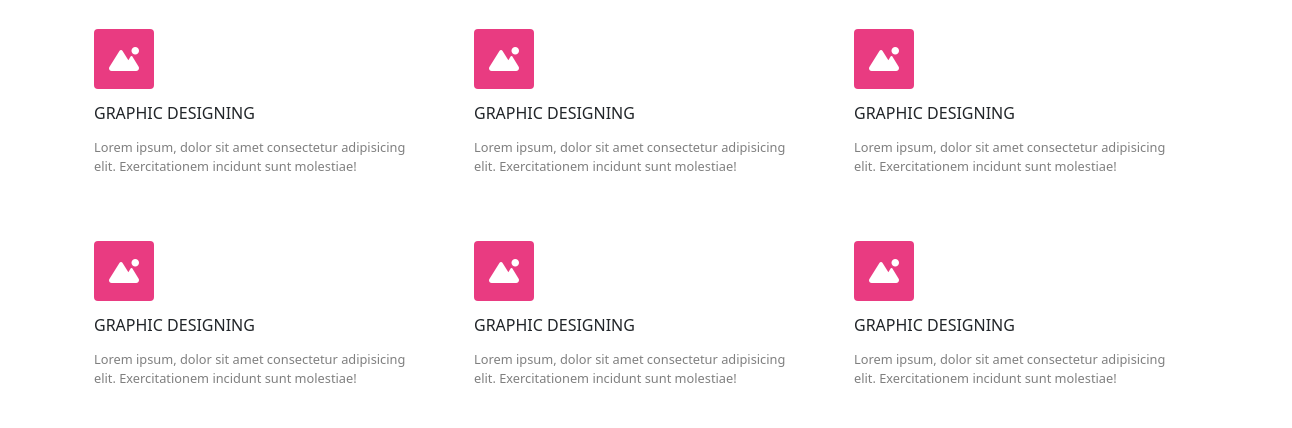
Repository: lhggiang/CaseStudy
Page: index.html
The author's editor kept a copy of each file at every save. The page is drawn from the files as they stood at one save, then again after the next save.
The browser window is 1280 px wide. The page is 1280 px wide, then 1292 px, so the pictures cover 1292 px, including what lies to the right of the window. The pictures show the part of the page from y = 969 to 1893 px (the page is 1397 px tall before and 1893 px after).
Backgrounds fixed to the window are drawn as part of the page. Some web libraries are served in a nearby version. The style sheet was rebuilt from its Sass, Less or Tailwind sources for each picture, by a compiler version that may differ from the author's.

Above is the page before, as saved 2023-02-22 15:20:25.

### index.html
<!DOCTYPE html>
<html lang="en">

<head>
    <meta charset="UTF-8">
    <meta http-equiv="X-UA-Compatible" content="IE=edge">
    <meta name="viewport" content="width=device-width, initial-scale=1.0">
    <title>Document</title>
    <link rel="stylesheet" href="./style.css">
    <!-- git remote add origin https://github.com/lhggiang/CaseStudy.git -->
    <link href="https://cdn.jsdelivr.net/npm/bootstrap@5.3.0-alpha1/dist/css/bootstrap.min.css" rel="stylesheet"
        integrity="sha384-GLhlTQ8iRABdZLl6O3oVMWSktQOp6b7In1Zl3/Jr59b6EGGoI1aFkw7cmDA6j6gD" crossorigin="anonymous">
    <link rel="stylesheet" href="https://cdnjs.cloudflare.com/ajax/libs/font-awesome/6.3.0/css/all.min.css">
    <link rel="stylesheet" href="./assets/css/style.css">
</head>

<body>
    <!-- Navbar -->
    <nav class="navbar navbar-expand-lg bg-white">
        <div class="container">
            <a class="navbar-brand" href="#">HG.Travel</a>
            <button class="navbar-toggler" type="button" data-bs-toggle="collapse" data-bs-target="#navbarNav"
                aria-controls="navbarNav" aria-expanded="false" aria-label="Toggle navigation">
                <span class="navbar-toggler-icon"></span>
            </button>
            <div class="collapse navbar-collapse" id="navbarNav">
                <ul class="navbar-nav ms-auto">
                    <li class="nav-item">
                        <a class="nav-link active" aria-current="page" href="#">HOME</a>
                    </li>
                    <li class="nav-item">
                        <a class="nav-link" href="#">SERVICES</a>
                    </li>
                    <li class="nav-item">
                        <a class="nav-link" href="#">PORTFOLIO</a>
                    </li>
                    <li class="nav-item">
                        <a class="nav-link" href="#">FEATURES</a>
                    </li>
                    <li class="nav-item">
                        <a class="nav-link" href="#">TEAM</a>
                    </li>
                    <li class="nav-item">
                        <a class="nav-link" href="#">TESTIMONIALS</a>
                    </li>
                    <li class="nav-item">
                        <a class="nav-link" href="#">CONTACT</a>
                    </li>
                </ul>
            </div>
        </div>
    </nav>
    <!-- Hero -->
    <div class="hero">
        <div class="container text-center">
            <div class="row justify-content-center">
                <div class="col-md-10">
                    <h1 class="text-white display-3">WE ARE CREATIVE AGENCY, CREATIVE PEOPLE</h1>
                    <p class="text-white">Lorem ipsum dolor sit amet consectetur, adipisicing elit. Expedita, soluta
                        fugit
                        voluptatibus veritatis voluptas dolores eligendi ducimus enim blanditiis cupiditate.</p>
                    <a href="#" class="btn btn-danger">Contact</a>
                </div>
            </div>
        </div>
    </div>
    <!-- Services -->
    <div class="services">
        <div class="container">
            <div class="row">
                <div class="col-12 services__intro">
                    <h1>Our Services</h1>
                    <div class="services__line"></div>
                </div>
            </div>
            <div class="row services__components">
                <div class="col-lg-4 col-sm-6 p-4">
                    <div class="services__icon">
                        <i class="fa-solid fa-mountain-sun"></i>
                    </div>
                    <h4 class="services__title">GRAPHIC DESIGNING</h4>
                    <p class="services__content">Lorem ipsum, dolor sit amet consectetur adipisicing elit.
                        Exercitationem incidunt sunt molestiae!
                    </p>
                </div>
                <div class="col-lg-4 col-sm-6 p-4">
                    <div class="services__icon">
                        <i class="fa-solid fa-mountain-sun"></i>
                    </div>
                    <h4 class="services__title">GRAPHIC DESIGNING</h4>
                    <p class="services__content">Lorem ipsum, dolor sit amet consectetur adipisicing elit.
                        Exercitationem incidunt sunt molestiae!
                    </p>
                </div>
                <div class="col-lg-4 col-sm-6 p-4">
                    <div class="services__icon">
                        <i class="fa-solid fa-mountain-sun"></i>
                    </div>
                    <h4 class="services__title">GRAPHIC DESIGNING</h4>
                    <p class="services__content">Lorem ipsum, dolor sit amet consectetur adipisicing elit.
                        Exercitationem incidunt sunt molestiae!
                    </p>
                </div>
                <div class="col-lg-4 col-sm-6 p-4">
                    <div class="services__icon">
                        <i class="fa-solid fa-mountain-sun"></i>
                    </div>
                    <h4 class="services__title">GRAPHIC DESIGNING</h4>
                    <p class="services__content">Lorem ipsum, dolor sit amet consectetur adipisicing elit.
                        Exercitationem incidunt sunt molestiae!
                    </p>
                </div>
                <div class="col-lg-4 col-sm-6 p-4">
                    <div class="services__icon">
                        <i class="fa-solid fa-mountain-sun"></i>
                    </div>
                    <h4 class="services__title">GRAPHIC DESIGNING</h4>
                    <p class="services__content">Lorem ipsum, dolor sit amet consectetur adipisicing elit.
                        Exercitationem incidunt sunt molestiae!
                    </p>
                </div>
                <div class="col-lg-4 col-sm-6 p-4">
                    <div class="services__icon">
                        <i class="fa-solid fa-mountain-sun"></i>
                    </div>
                    <h4 class="services__title">GRAPHIC DESIGNING</h4>
                    <p class="services__content">Lorem ipsum, dolor sit amet consectetur adipisicing elit.
                        Exercitationem incidunt sunt molestiae!
                    </p>
                </div>
            </div>
        </div>
    </div>
    <!-- Portfolio -->
    <div class="portfolio row">

    </div>
</body>
<script src="https://cdn.jsdelivr.net/npm/bootstrap@5.3.0-alpha1/dist/js/bootstrap.bundle.min.js"
    integrity="sha384-w76AqPfDkMBDXo30jS1Sgez6pr3x5MlQ1ZAGC+nuZB+EYdgRZgiwxhTBTkF7CXvN"
    crossorigin="anonymous"></script>

</html>

### style.scss
* {
  box-sizing: border-box;
}

body {
  font-size: 62.5%;
}

$font-size: 0.9rem;
$color-pink: #e93b81;
$font-weight: 500;

// Navbar
.navbar {
  border-bottom: 2px solid rgba(0, 0, 0, 0.1);
  .navbar-brand {
    font-weight: $font-weight;
    color: #11245a;
  }
  .nav-link {
    font-size: $font-size;
    font-weight: $font-weight;
    letter-spacing: 0.05rem;
    &.active {
      color: $color-pink;
    }
  }
}

//Hero
.hero {
  background-image: linear-gradient(
      to right,
      rgb(67, 67, 67, 0.8) 0%,
      rgb(0, 0, 0, 0.8) 100%
    ),
    url("https://images.unsplash.com/photo-1539635278303-d4002c07eae3?ixlib=rb-4.0.3&ixid=MnwxMjA3fDB8MHxwaG90by1wYWdlfHx8fGVufDB8fHx8&auto=format&fit=crop&w=1170&q=80");
  min-height: 100vh;
  background-size: cover;
  background-position: center;
  background-attachment: fixed;
  display: flex;
  align-items: center;

  h1 {
    font-weight: $font-weight;
  }

  p {
    font-size: $font-size;
    max-width: 30rem;
    margin: 20px auto;
  }

  .btn {
    font-weight: $font-weight;
    font-size: $font-size;
    padding: 8px 22px;
    border-radius: 0;
  }
}

//Services
.services {
  &__intro {
    text-align: center;
    margin-top: 80px;
    h1 {
      color: #11245a;
      text-transform: uppercase;
      font-weight: 600;
      letter-spacing: 3px;
    }
    .services__line {
      width: 120px;
      height: 2px;
      background-color: rgba(0, 0, 0, 0.1);
      margin: 16px auto 0 auto;
    }
  }
  &__icon {
    width: 60px;
    height: 60px;
    background-color: $color-pink;
    color: #fff;
    border-radius: 4px;
    display: flex;
    align-items: center;
    justify-content: center;
    font-size: 1.5rem;
    flex: none;
  }
  &__title {
    font-size: 1rem;
    margin: 15px 0;
  }
  &__content {
    font-size: 0.8rem;
    color: rgba(0, 0, 0, 0.5);
  }
  &__components {
    margin-top: 50px;
  }
}

After the next save:
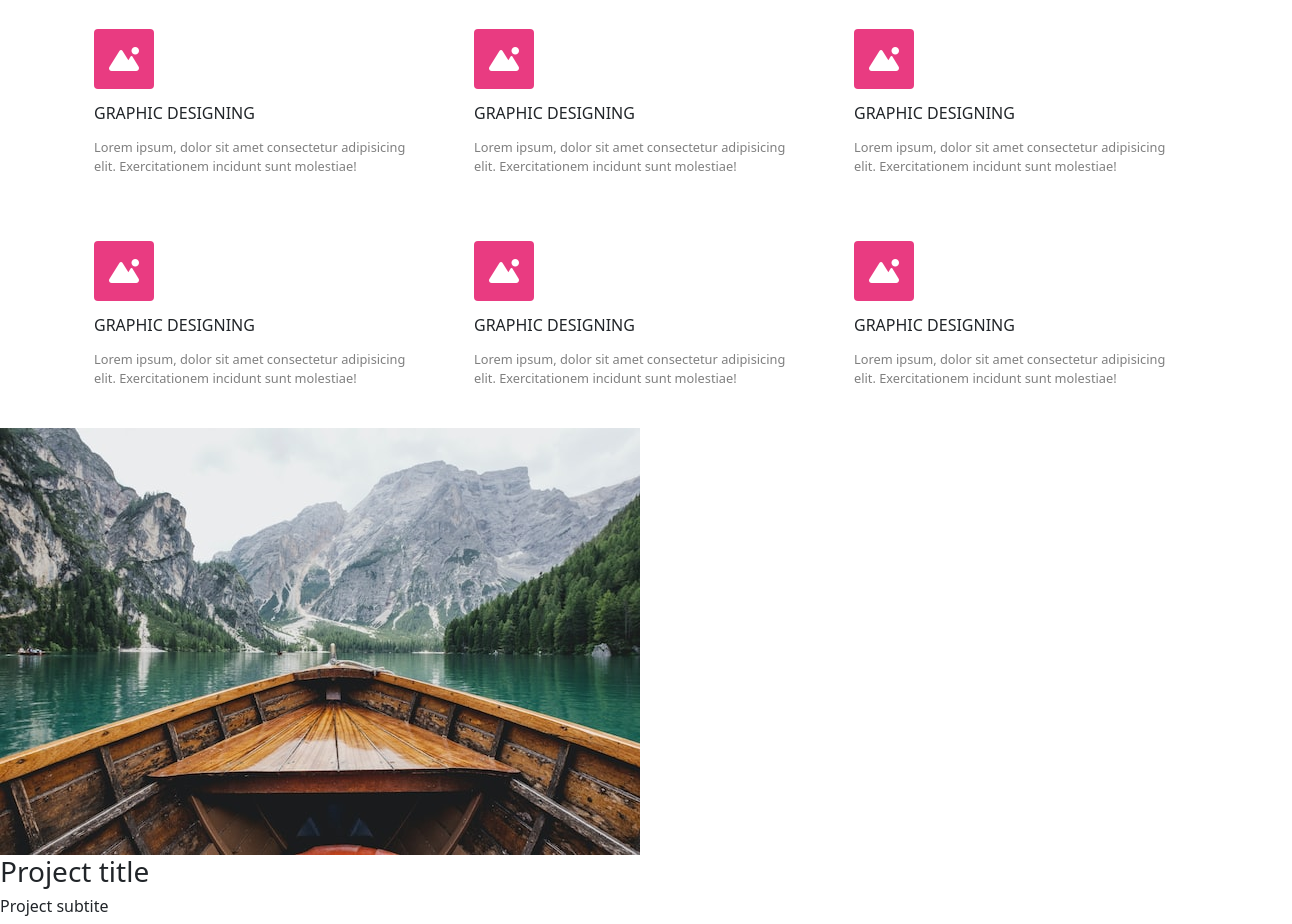
Saved 12 s later.
--- a/index.html
+++ b/index.html
@@ -133,8 +133,17 @@
     </div>
     <!-- Portfolio -->
     <div class="portfolio row">
-
-    </div>
+        <div class="col-lg-4 col-sm-6">
+            <div class="portfolio-item">
+                <img src="img/p1.jpg" alt="">
+                <div class="portfolio-overlay">
+                    <div>
+                        <h3>Project title</h3>
+                        <h6>Project subtite</h6>
+                    </div>
+                </div>
+            </div>
+        </div>
 </body>
 <script src="https://cdn.jsdelivr.net/npm/bootstrap@5.3.0-alpha1/dist/js/bootstrap.bundle.min.js"
     integrity="sha384-w76AqPfDkMBDXo30jS1Sgez6pr3x5MlQ1ZAGC+nuZB+EYdgRZgiwxhTBTkF7CXvN"
